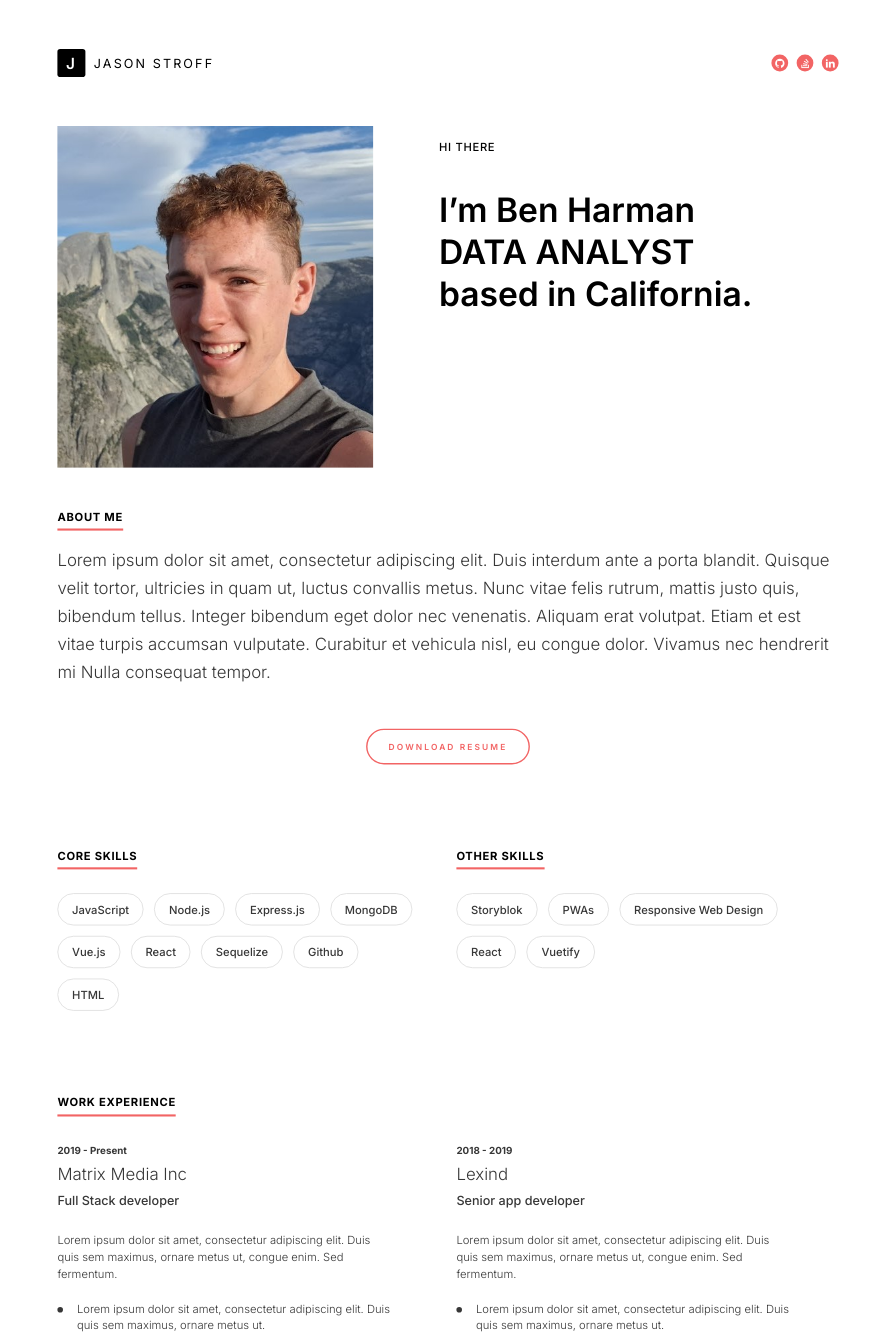
Repository: benharmandev/personal-website
Page: index.html
An editor plug-in stored every save of this project. The page is shown before and after the next save, followed by the edit.
The browser window is 1280 px wide. The pictures show the part of the page from y = 0 to 1920 px (the page is 4238 px tall), at 70% of full size.

Above is the page before, as saved 2023-10-03 11:00:48.

After the next save:
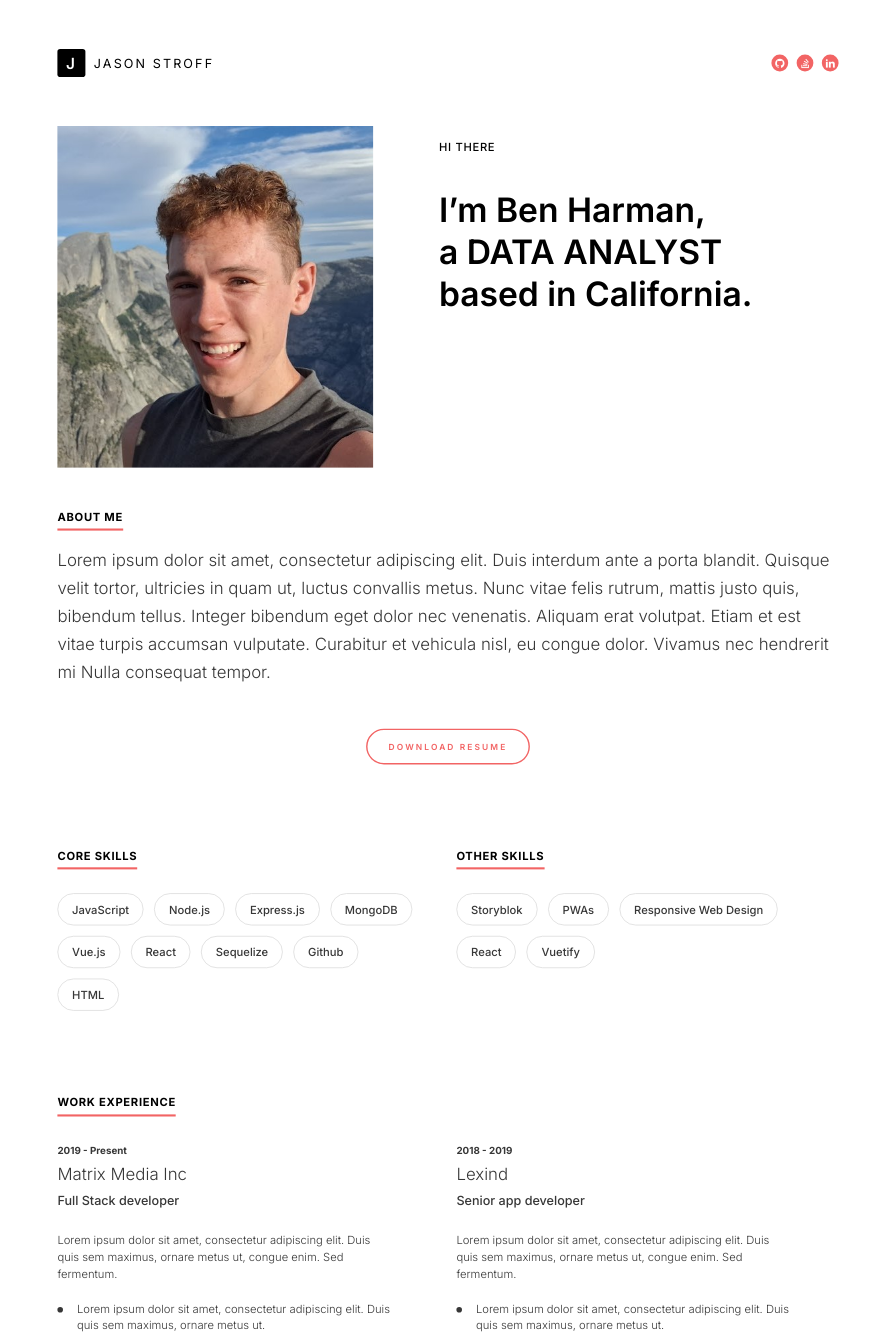
Saved 29 s later.
--- a/index.html
+++ b/index.html
@@ -59,7 +59,7 @@
           <section>
             <h1>
               <span>HI THERE</span>
-              I’m Ben Harman <br> DATA ANALYST based in California.
+              I’m Ben Harman, <br> a DATA ANALYST based in California.
             </h1>
             <ul class="ds-numbervalulist">
               <li>
